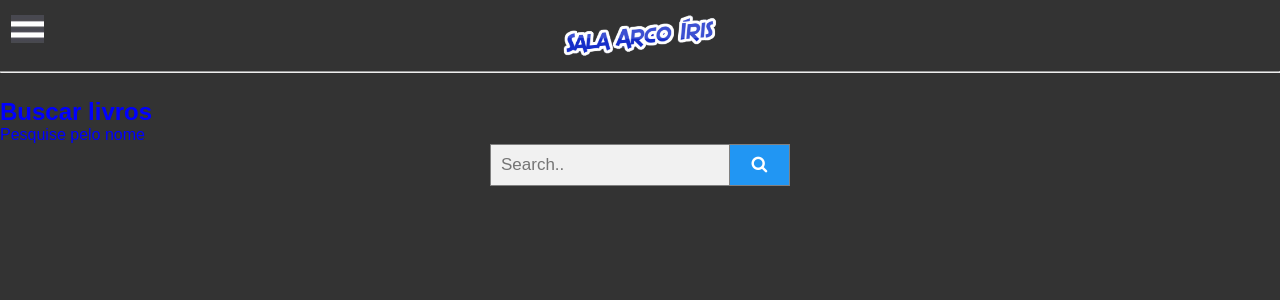
Repository: yuriandreisilva/projeto-individual-senai
Page: SalaArcoIris/WebContent/pages/listaLivros.html
These files come from the project's save history. The page is drawn as it stood at one moment and after the next save; the edit follows.
The browser window is 1280 px wide. The pictures show the whole page.

Above is the page before, as saved 2020-12-12 12:49:15.

### SalaArcoIris/WebContent/pages/listaLivros.html
<!DOCTYPE html>
<html lang="pt-br">
<head>
	<meta charset="UTF-8">
	<meta name="description" content="Sala Arco Iris - Biblioteca">
	<meta name="keywords" content="Livros">
	<meta name="author" content="Yuri Andrei da Silva">
	<meta name="viewport" content="width=device-width, initial-scale=1.0">
	<title> Lista Livros - Sala Arco Íris</title>
	<link rel="stylesheet" href="../css/menuFixo.css">
	<link rel="stylesheet" href="../css/listaBusca.css">
	<script src="https://code.jquery.com/jquery-3.5.1.min.js" integrity="sha256-9/aliU8dGd2tb6OSsuzixeV4y/faTqgFtohetphbbj0=" crossorigin="anonymous"></script>
	<link rel="stylesheet" href="https://cdnjs.cloudflare.com/ajax/libs/font-awesome/4.7.0/css/font-awesome.min.css">
	<script src="../js/menuFixo.js"></script>

</head>
<body>

<header>
<!-- jquery -->
</header>

<div class="corpo">

<h2>Buscar livros</h2>

<p>Pesquise pelo nome</p>
<form class="example" action="" style="margin:auto;max-width:300px">
  <input type="text" placeholder="Search.." name="search2">
  <button type="submit"><i class="fa fa-search"></i></button>
</form>
</div>


</body>
</html>

### SalaArcoIris/WebContent/css/menuFixo.css
*{
	margin: 0;
	padding: 0;

}

:root{
	--cor_detalhes: #050542;
	--cor_fundo: #333;
	--letra_padrao: "Montserrant", sans-serif;
}

body {
	background: var(--cor_fundo);
}

#check {
	display: none;
}

#icone {
	margin: -4px;
	top: 4px;
	cursor:pointer;
	padding: 15px;
	position: absolute;
	z-index: 1;
	align: center;
}

.barra{
	background-color: #333;
	height: 100%;
	width: 300px;
	position: absolute;
	transition: all .2s linear;
	left: -300px;
}

nav{
	width: 100%;
	position: absolute;
	top: 60px;
}

nav a{
	text-decoration: none;

}

.link, .linkSair{
	background-color: #494950;
	padding: 20px;
	font-family: "Arial";
	font-size: 12pt;
	transition: all .2s linear;
	color: #f4f4f9;
	border-bottom:2px solid #222;
	opacity: 0;
	margin-top: 200px;

}

.linkSair{
	position: absolute;
	top: 500px;
	width: 86.2%;
	transition: all .2s linear;
}

.link:hover, .linkSair:hover{
	background-color: #050542;

}

#check:checked ~ .barra{
	transform: translateX(300px);
	border-right: 1px solid;
	border-color: #fff;
}

#check:checked ~ .logo {
	margin-left: 300px;
}

.corpo-menor {
	margin-left: 300px !important;

}



.logo img {
	display: block;
    margin-left: auto;
    margin-right: auto;
    width: 14%;


}


#check:checked ~ .icons{
	visibility: hidden;

}

body .corpo {
	height: 535px;
	margin-top: 2%;
}



#check:checked ~ .barra nav a .link, .barra nav a .linkSair {
	opacity: 1;
	margin-top: 0;

}

### SalaArcoIris/WebContent/css/listaBusca.css
body {
  font-family: Arial;
}

* {
  box-sizing: border-box;
}

form.example input[type=text] {
  padding: 10px;
  font-size: 17px;
  border: 1px solid grey;
  float: left;
  width: 80%;
  background: #f1f1f1;
}

form.example button {
  float: left;
  width: 20%;
  padding: 10px;
  background: #2196F3;
  color: white;
  font-size: 17px;
  border: 1px solid grey;
  border-left: none;
  cursor: pointer;
}

form.example button:hover {
  background: #0b7dda;
}

form.example::after {
  content: "";
  clear: both;
  display: table;
}

h2, p {
	color: blue;
}

### SalaArcoIris/WebContent/js/menuFixo.js
$(document).ready(function(){
	$("header").load("/SalaArcoIris/pages/fix/menuFixo.html", function() {
		$("#check").change(function() {
			if(this.checked) {
			   $(".corpo").addClass("corpo-menor");
			}else{
			   $(".corpo").removeClass("corpo-menor");
			}
		});
	});
});

### SalaArcoIris/WebContent/pages/fix/menuFixo.html
<input type="checkbox" id="check">
<label id="icone" for="check"><img src="../imgs/icone_menu.jpg"></label>


<div class="barra">
	<nav>
		<a href="http://localhost:8080/SalaArcoIris/pages/home.html"><div class="link">Home</div></a>
		<a href=""><div class="link">Empréstimos</div></a>
		<a href="http://localhost:8080/SalaArcoIris/pages/listaLivros.html"><div class="link">Livros</div></a>
		<a href="http://localhost:8080/SalaArcoIris/pages/listaAlunos.html"><div class="link">Alunos</div></a>
		<a href=""><div class="link">Relatórios</div></a>
		<a href="http://localhost:8080/SalaArcoIris/index.html"><div class="linkSair">Sair</div></a>
	</nav>
</div>

<div class="logo">
 	<img src="../imgs/logo.png"></label>
	<hr>
</div>

After the next save:
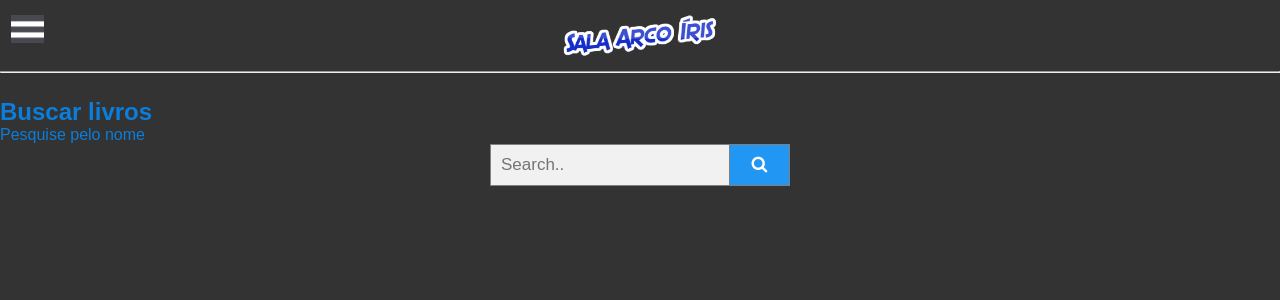
Saved 12 s later.
--- a/SalaArcoIris/WebContent/css/listaBusca.css
+++ b/SalaArcoIris/WebContent/css/listaBusca.css
@@ -38,5 +38,5 @@ form.example::after {
 }
 
 h2, p {
-	color: blue;
+	color: #0b7dda;
 }
